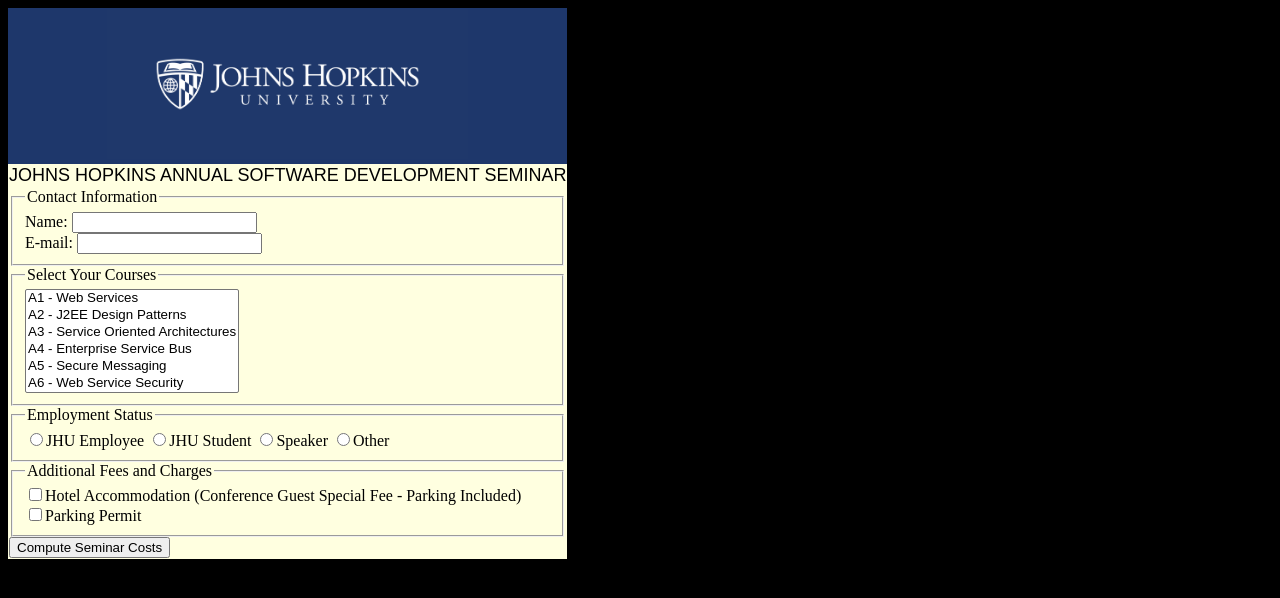
Repository: justinjwk/eclipse-workspace
Page: http://localhost/Homework2/
An editor plug-in stored every save of this project. The page is shown before and after the next save, followed by the edit.
The browser window is 1280 px wide. The pictures show the whole page.
The page is served by Tomcat 9.

Above is the page before, as saved 2019-06-12 03:14:43.

### Homework2/WebContent/index.html
<!DOCTYPE html>
<html>
<head>
<meta charset="UTF-8">
<link rel="stylesheet" href="./jkim342.css">
<title>JHU Annual Software Development Seminar</title>
</head>
<body>
	<table>
		<tr>
			<th><img src="jhu_logo.png" height=150></th>
		</tr>
		<tr>
			<td class="tableHeader">JOHNS HOPKINS ANNUAL SOFTWARE DEVELOPMENT SEMINAR</td>
		</tr>
		<tr>
			<td>
				<form>
					<fieldset>
						<legend>Contact Information</legend>
						Name: <input type="name" name="name" required><br>
						E-mail: <input type="email" name="email" required><br>
					</fieldset>

					<fieldset>
						<legend>Select Your Courses</legend>
						<select name="course" size="6" multiple required>
							<option value="A1">A1 - Web Services</option>
							<option value="A2">A2 - J2EE Design Patterns</option>
							<option value="A3">A3 - Service Oriented Architectures</option>
							<option value="A4">A4 - Enterprise Service Bus</option>
							<option value="A5">A5 - Secure Messaging</option>
							<option value="A6">A6 - Web Service Security</option>
						</select>
					</fieldset>

					<fieldset>
						<legend>Employment Status</legend>
						<input type="radio" name="employmentstatus" value="employee"
							required>JHU Employee <input type="radio"
							name="employmentstatus" value="student">JHU Student <input
							type="radio" name="employmentstatus" value="speaker">Speaker
						<input type="radio" name="employmentstatus" value="ohter">Other
					</fieldset>

					<fieldset>
						<legend>Additional Fees and Charges</legend>
						<input type="checkbox" name="hotel">Hotel Accommodation
						(Conference Guest Special Fee - Parking Included)<br> <input
							type="checkbox" name="parking">Parking Permit
					</fieldset>

					<input type="submit" value="Compute Seminar Costs"> <input
						type="hidden" name="action" value="register">
				</form>
			</td>
		</tr>
	</table>

</body>
</html>

### Homework2/WebContent/jkim342.css
@charset "UTF-8";
body {
	background-color: black;
}
table {
	border-collapse: collapse;
	background-color: #FFFFE0;
}

td {
	text-align: left;
}

.tableHeader {
	text-algin: center;
	font-family: Arial;
	font-size: 18px;
}

th {
	text-algin: center;
	font-family: Arial;
	background-color: #1e376b;
}

After the next save:
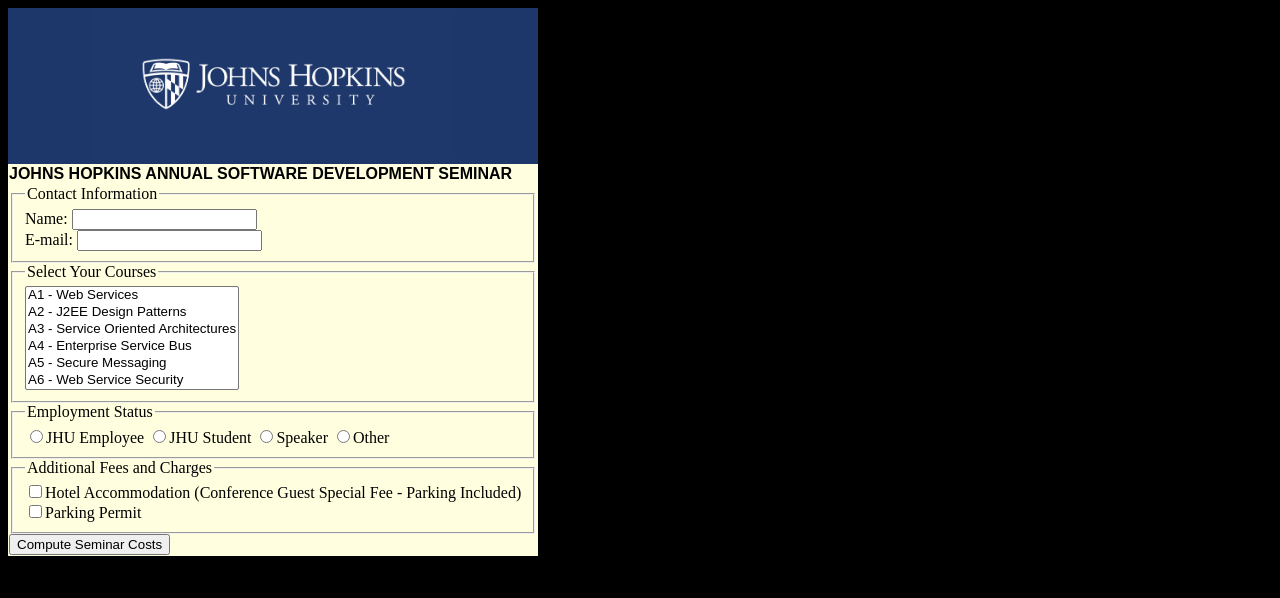
Saved 40 s later.
--- a/Homework2/WebContent/jkim342.css
+++ b/Homework2/WebContent/jkim342.css
@@ -14,7 +14,8 @@
 .tableHeader {
 	text-algin: center;
 	font-family: Arial;
-	font-size: 18px;
+	font-size: 16px;
+	font-weight: bold;
 }
 
 th {
